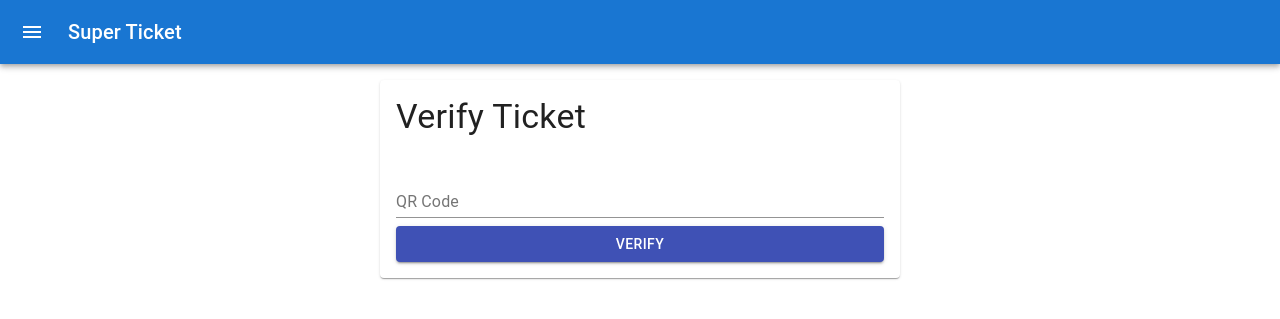
Repository: ferugarte/superticket
Page: /verify-ticket (app in frontend/)
The author's editor kept a copy of each file at every save. The page is drawn from the files as they stood at one save, then again after the next save.
The browser window is 1280 px wide. The pictures show the whole page.
The project was rebuilt for these pictures with package versions that can differ from the ones it lists, and the page was loaded fresh each time. Also part of the build but not shown: frontend/src/components/EventList.jsx, frontend/src/components/EventDetail.jsx, frontend/src/components/CreateEvent.jsx, frontend/src/components/TicketList.jsx, frontend/src/components/AssignTicket.jsx.

Above is the page before, as saved 2024-04-15 15:40:19.

### frontend/src/App.js
// src/App.js
import React from 'react';
import { ThemeProvider } from '@mui/material/styles';
import theme from './theme';
import RouterComponent from './RouterComponent'; // This will handle all routing

function App() {
  return (
    <ThemeProvider theme={theme}>
      <RouterComponent />
    </ThemeProvider>
  );
}

export default App;

### frontend/src/theme.js
// src/theme.js
import { createTheme } from '@mui/material/styles';

const theme = createTheme({
  components: {
    MuiCssBaseline: {
      styleOverrides: `
        form {
          width: 40%;       // Set the width of the form
          margin: 0 auto;   // Center the form horizontally
        }
      `
    }
  }
});

export default theme;

### frontend/src/RouterComponent.js
// src/RouterComponent.js
import React from 'react';
import { BrowserRouter, Routes, Route } from 'react-router-dom';
import Header from './components/Header';
import EventList from './components/EventList';
import EventDetail from './components/EventDetail';
import CreateEvent from './components/CreateEvent';
import TicketList from './components/TicketList';
import AssignTicket from './components/AssignTicket';
import VerifyTicket from './components/VerifyTicket';

function RouterComponent() {
  return (
    <BrowserRouter>
      <Header />
      <Routes>
        <Route path="/" element={<EventList />} />
        <Route path="/events/:id" element={<EventDetail />} />
        <Route path="/create-event" element={<CreateEvent />} />
        <Route path="/tickets" element={<TicketList />} />
        <Route path="/assign-ticket" element={<AssignTicket />} />
        <Route path="/verify-ticket" element={<VerifyTicket />} />
      </Routes>
    </BrowserRouter>
  );
}

export default RouterComponent;

### frontend/src/components/Header.jsx
// src/components/Header.jsx
import React, { useState } from 'react';
import { AppBar, Toolbar, Typography, IconButton, Drawer, List, ListItem, ListItemText, styled } from '@mui/material';
import MenuIcon from '@mui/icons-material/Menu';
import { Link as RouterLink } from 'react-router-dom';

const StyledToolbar = styled(Toolbar)({
    justifyContent: 'space-between',
});

const Header = () => {
    const [isDrawerOpen, setIsDrawerOpen] = useState(false);

    const toggleDrawer = (open) => (event) => {
        if (event.type === 'keydown' && (event.key === 'Tab' || event.key === 'Shift')) {
            return;
        }
        setIsDrawerOpen(open);
    };

    return (
        <>
            <AppBar position="static">
                <StyledToolbar>
                    <IconButton
                        edge="start"
                        color="inherit"
                        aria-label="menu"
                        onClick={toggleDrawer(true)}
                        sx={{ mr: 2 }}
                    >
                        <MenuIcon />
                    </IconButton>
                    <Typography variant="h6" component={RouterLink} to="/" sx={{ flexGrow: 1, textDecoration: 'none', color: 'inherit' }}>
                        Super Ticket
                    </Typography>
                </StyledToolbar>
            </AppBar>
            <Drawer
                anchor="left"
                open={isDrawerOpen}
                onClose={toggleDrawer(false)}
            >
                <List>
                    <ListItem component={RouterLink} to="/" onClick={toggleDrawer(false)}>
                        <ListItemText primary="Home" />
                    </ListItem>
                    <ListItem component={RouterLink} to="/events" onClick={toggleDrawer(false)}>
                        <ListItemText primary="Events" />
                    </ListItem>
                    <ListItem component={RouterLink} to="/about" onClick={toggleDrawer(false)}>
                        <ListItemText primary="About" />
                    </ListItem>
                    {/* Add more navigation links as needed */}
                </List>
            </Drawer>
        </>
    );
};

export default Header;

### frontend/src/components/VerifyTicket.jsx
// src/components/VerifyTicket.jsx
import React, { useState } from 'react';
import { verifyTicket } from '../services/api';
import { TextField, Button, Paper, Typography, Container } from '@material-ui/core';

function VerifyTicket() {
    const [qrCode, setQrCode] = useState('');
    const [message, setMessage] = useState('');

    const handleSubmit = (e) => {
        e.preventDefault();
        verifyTicket({ qrCode }).then(response => {
            setMessage(`Verification result: ${response.data.message}`);
        }).catch(error => {
            setMessage(`Error verifying ticket: ${error.message}`);
        });
    };

    return (
        <Container maxWidth="sm">
        <Paper style={{ margin: 16, padding: 16 }}>
            <Typography variant="h4" component="h1">Verify Ticket</Typography>
            <form onSubmit={handleSubmit} style={{ marginTop: 16 }}>
                <TextField
                    label="QR Code"
                    value={qrCode}
                    onChange={e => setQrCode(e.target.value)}
                    fullWidth
                    margin="normal"
                />
                <Button type="submit" variant="contained" color="primary" fullWidth>
                    Verify
                </Button>
                {message && <Typography style={{ marginTop: 20 }}>{message}</Typography>}
            </form>
        </Paper>
        </Container>
    );
}

export default VerifyTicket;

### frontend/src/services/api.js
// src/services/api.js
import axios from 'axios';

const API_URL = 'http://localhost:3000/api';  // Adjust based on actual API URL

export const fetchEvents = () => axios.get(`${API_URL}/events`);
export const fetchEventById = (id) => axios.get(`${API_URL}/events/${id}`);
export const createEvent = (eventData) => axios.post(`${API_URL}/events`, eventData);
export const updateEvent = (id, eventData) => axios.put(`${API_URL}/events/${id}`, eventData);
export const deleteEvent = (id) => axios.delete(`${API_URL}/events/${id}`);

export const assignTicket = (ticketData) => axios.post(`${API_URL}/tickets`, ticketData);
export const fetchTickets = () => axios.get(`${API_URL}/tickets`);
export const verifyTicket = (qrCode) => axios.post(`${API_URL}/tickets/verify-qr`, { qrCode });

Loaded but not shown: frontend/public/index.html (common file); frontend/src/index.js (common file); frontend/src/index.css (common file); frontend/src/reportWebVitals.js (common file)

After the next save:
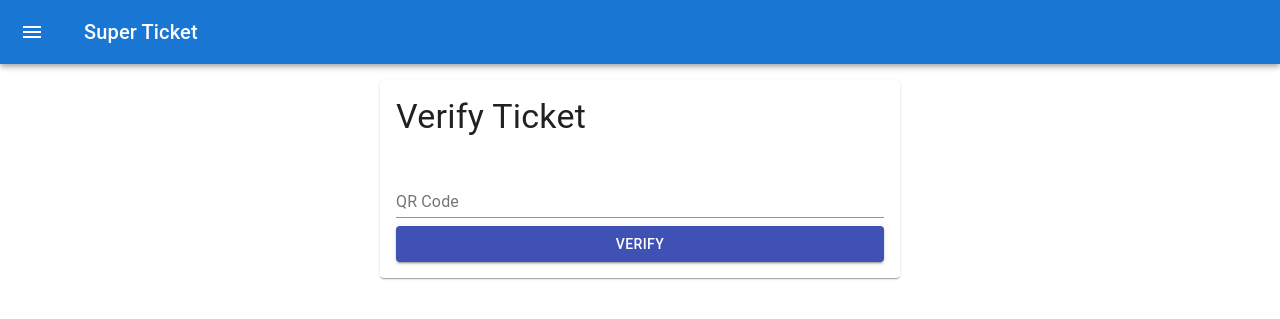
Saved 9 s later.
--- a/frontend/src/components/Header.jsx
+++ b/frontend/src/components/Header.jsx
@@ -27,7 +27,7 @@
                         color="inherit"
                         aria-label="menu"
                         onClick={toggleDrawer(true)}
-                        sx={{ mr: 2 }}
+                        sx={{ mr: 4 }}
                     >
                         <MenuIcon />
                     </IconButton>

After the save that followed:
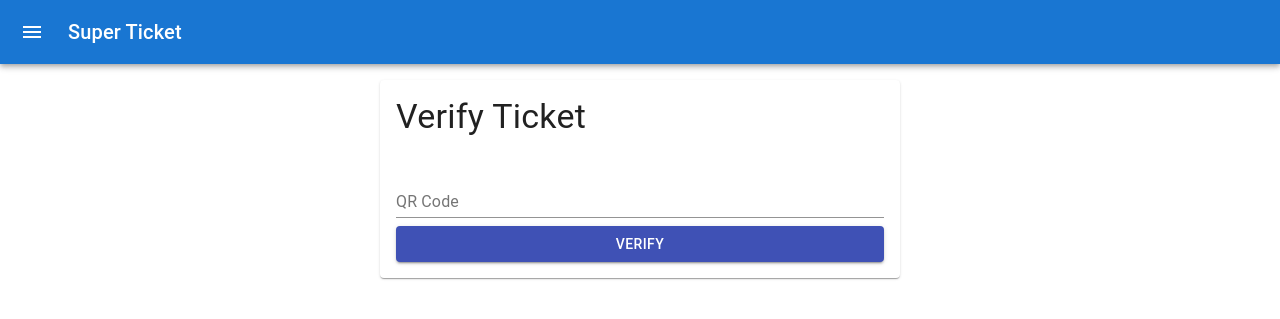
Saved 5 s later.
--- a/frontend/src/components/Header.jsx
+++ b/frontend/src/components/Header.jsx
@@ -27,7 +27,7 @@
                         color="inherit"
                         aria-label="menu"
                         onClick={toggleDrawer(true)}
-                        sx={{ mr: 4 }}
+                        sx={{ mr: 2 }}
                     >
                         <MenuIcon />
                     </IconButton>
